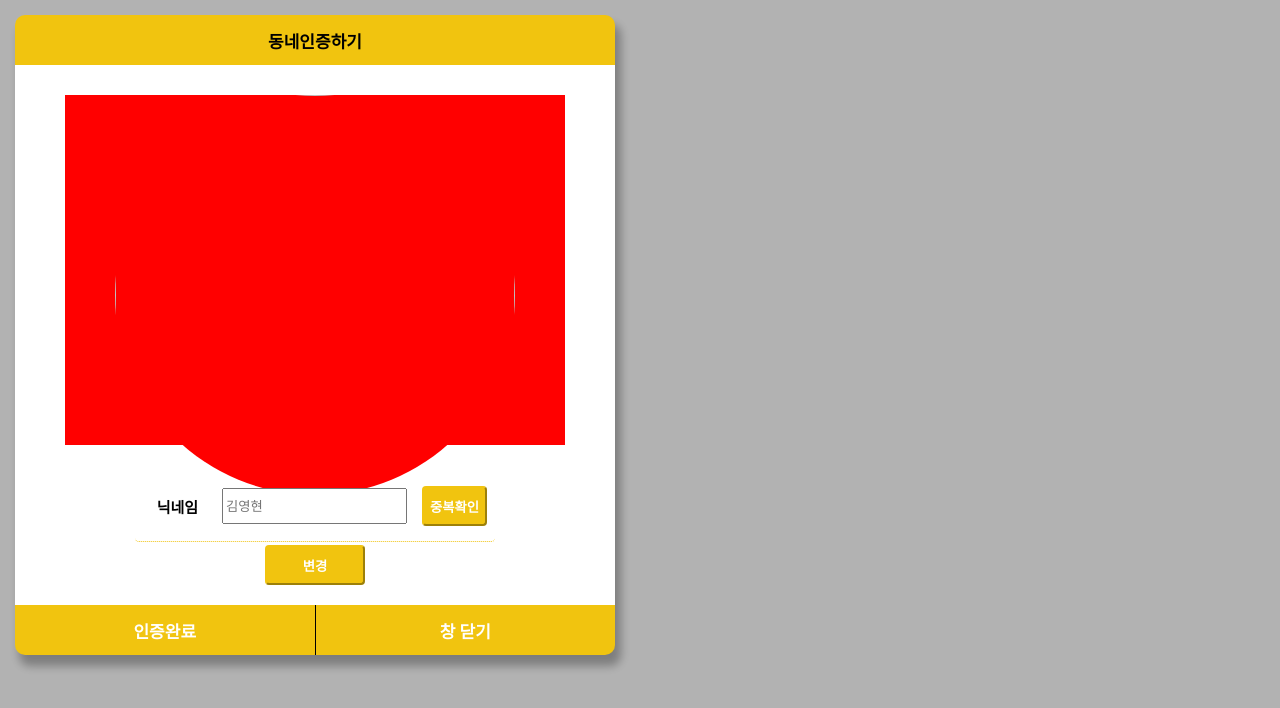
Repository: Corn-Market/Front-end
Page: http://localhost/CornMarket/resources/views/popup_profile_mytown.jsp
These files come from the project's save history. The page is drawn as it stood at one moment and after the next save; the edit follows.
The browser window is 1280 px wide. The pictures show the whole page.
The page is served by Tomcat 9.

Above is the page before, as saved 2022-12-19 06:18:21.

After the next save:
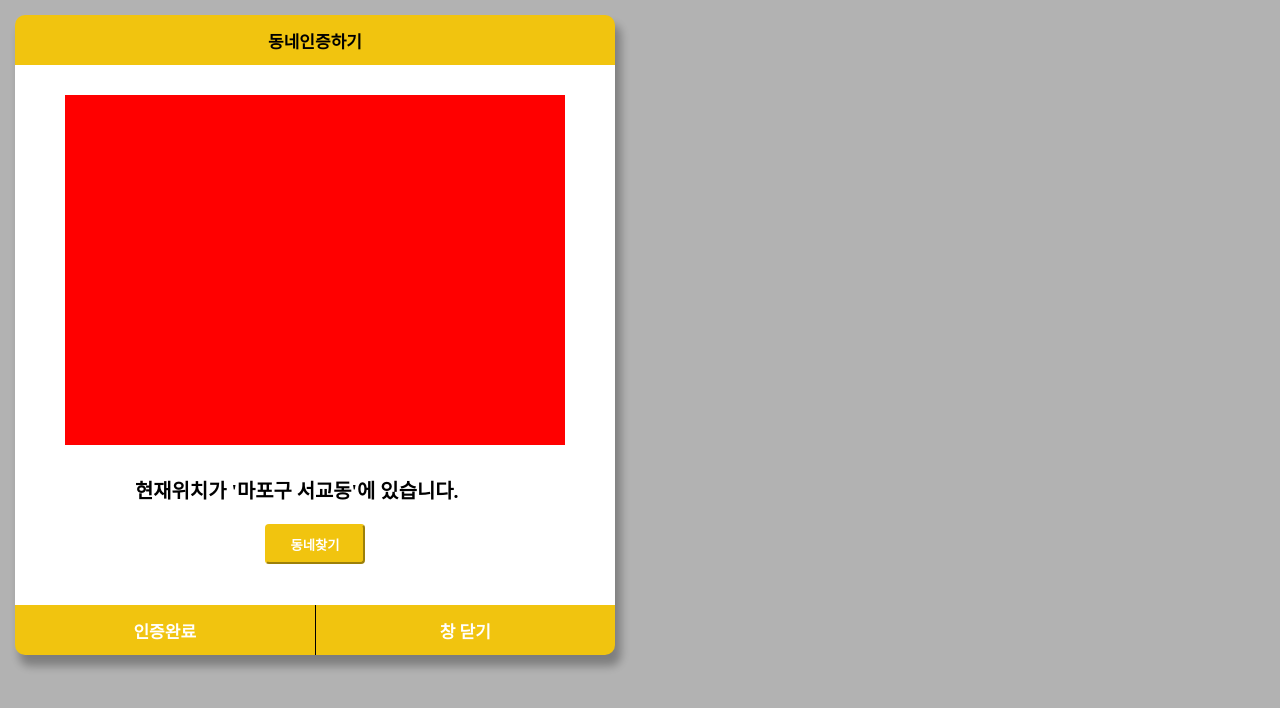
Saved 27 s later.
--- a/CornMarket/src/main/webapp/resources/views/popup_profile_mytown.jsp
+++ b/CornMarket/src/main/webapp/resources/views/popup_profile_mytown.jsp
@@ -7,8 +7,7 @@
 <head>
 <meta charset="EUC-KR">
 <title>Insert title here</title>
-<link rel="stylesheet" href="${path}/resources/css/popup_update.css"/>
-<link rel="stylesheet" href="${path}/resources/css/profile_update.css"/>
+<link rel="stylesheet" href="${path}/resources/css/popup_mytown.css"/>
 <script src="https://ajax.googleapis.com/ajax/libs/jquery/3.5.1/jquery.min.js"></script><script src="https://ajax.googleapis.com/ajax/libs/jquery/3.5.1/jquery.min.js"></script>
 </head>
 <body>
@@ -21,23 +20,16 @@
             <div class="popup-body">
               <div class="body-content">
                 <div class="body-titlebox">
-                	<div class="update_first">
-            			<img>
-            			<input type="button" value="변경" onclick="change_img()">
-        			</div>
                 </div>
                 <div class="body-contentbox">
-                	<div class="up_main">
-                		<div class="up_title">닉네임</div>
-               			<input type="text" placeholder="김영현" class="update_nickname">
-                		<input type="button" value="중복확인" class="double_check">
-           			 </div>
+                	<h3>현재위치가 '마포구 서교동'에 있습니다.</h3>
+                  	<input type="button" class="search_btn" value="동네찾기">
                 </div>
               </div>
             </div>
             <div class="popup-foot">
               <span class="pop-btn confirm" id="confirm" onclick="">인증완료</span>
-              <span class="pop-btn close" id="close" onclick="">창 닫기</span>
+              <span class="pop-btn close" id="close" onclick="self.close()">창 닫기</span>
             </div>
           </div>
          </div>
